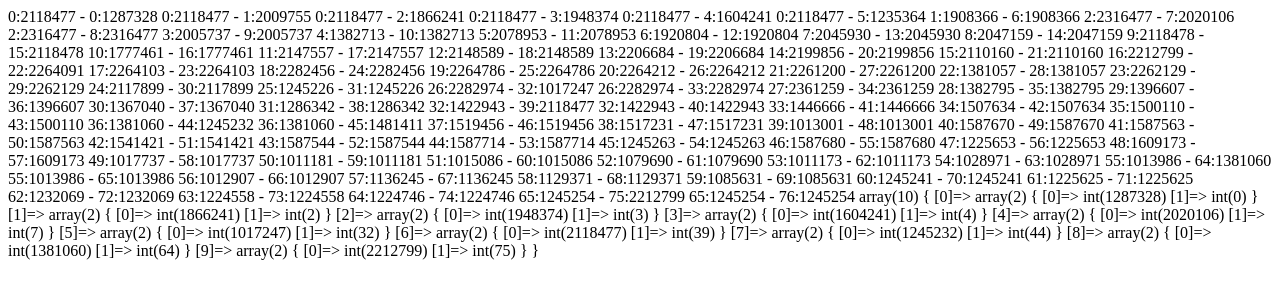
Repository: lokkie/php-simple_framework
Page: http://localhost/tests/UpdateTest.php
The author's editor kept a record of every edit. The page is drawn from the files as they stood at one moment, then again after the next edit.
The browser window is 1280 px wide. The pictures show the whole page.
The page is run by PHP 8.4 with error messages shown; the project is at /var/www/html/.

Above is the page before.

After the next edit:
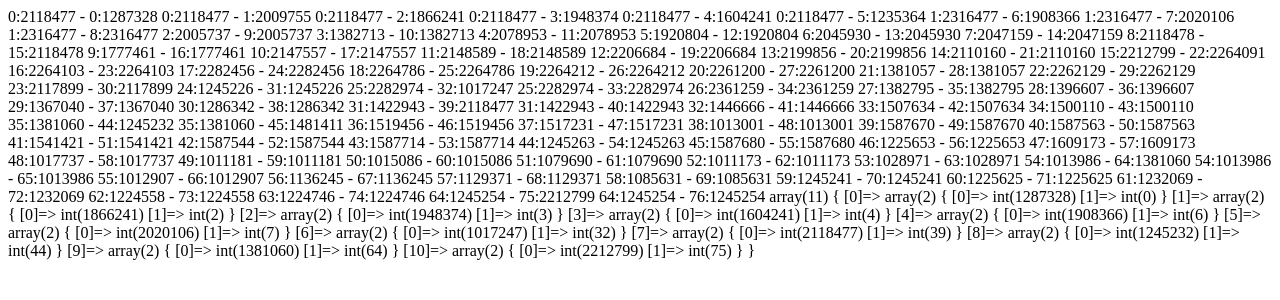
The edit:
--- a/tests/UpdateTest.php
+++ b/tests/UpdateTest.php
@@ -64,7 +64,7 @@
 
 function updateItems2 (array $ids) {
 	$nonPositioned = [2118477, 1235364, 1948374, 1604241, 1866241,
-					1908366, 2316477, 2005737, 1382713, 2078953,
+					2316477, 2005737, 1908366, 1382713, 2078953,
 					1920804, 2045930, 2047159, 2118478, 1777461, 2147557,
 					2148589, 2206684, 2199856, 2110160, 2212799, 2264091,
 					2264103, 2282456, 2264786, 2264212, 2261200, 1381057,
